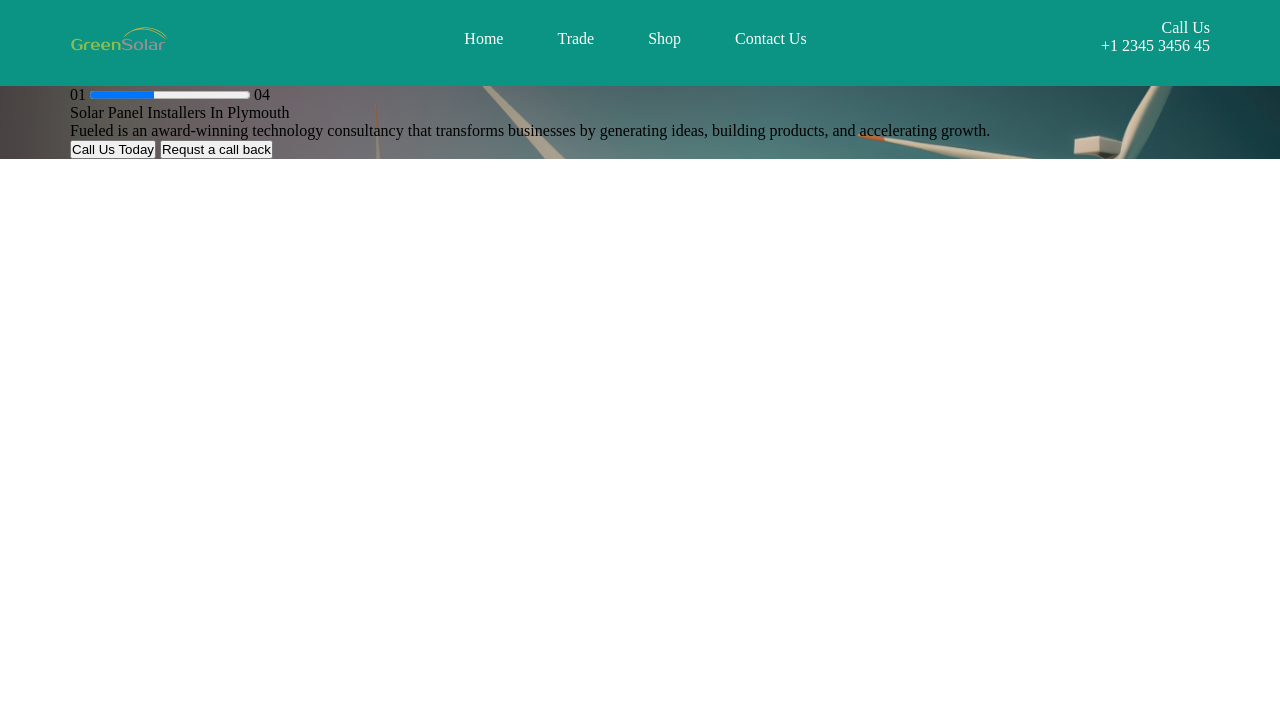
Repository: zeinawady/Solar-Company-Template
Page: index.html
The author's editor kept a copy of each file at every save. The page is drawn from the files as they stood at one save, then again after the next save.
The browser window is 1280 px wide. The pictures show the whole page.

Above is the page before, as saved 2024-09-17 16:57:57.

After the next save:
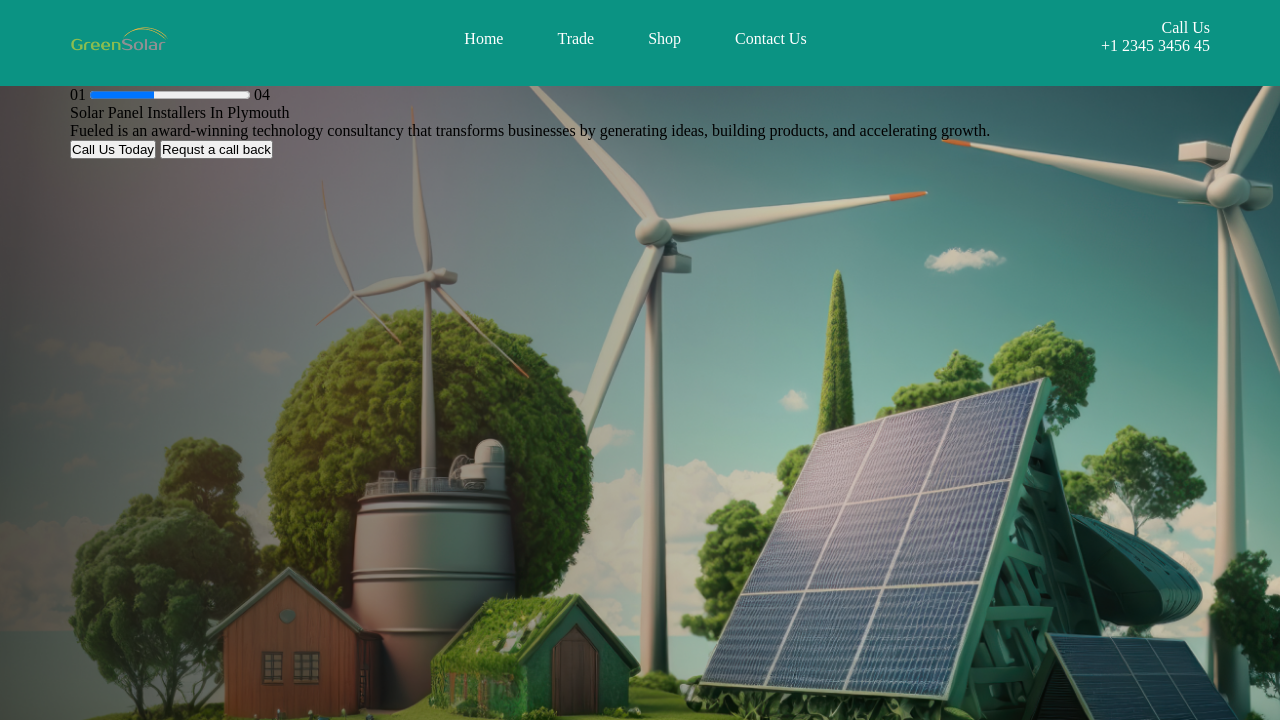
Saved 5 s later.
--- a/css/style.css
+++ b/css/style.css
@@ -111,6 +111,6 @@ align-items: flex-end;
 .landing{
     background-image: url(../images/solar-panels-meadow\ 1.png);
     background-size: cover;
-    height: calc(100vh - );
+    height: calc(100vh - 86px);
 }
 /* end landing */
